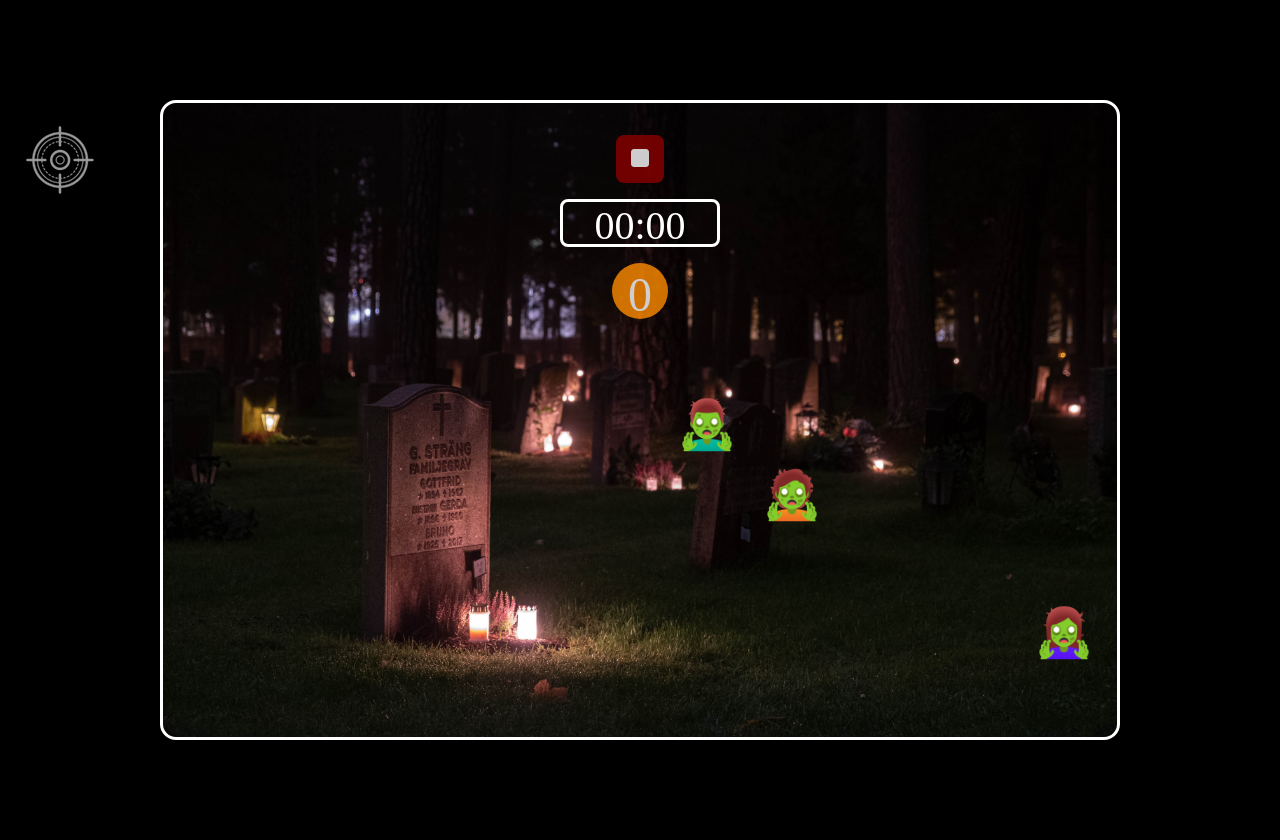
Repository: MrJinkyu/ZombieGame
Page: index.html
The author's editor kept a copy of each file at every save. The page is drawn from the files as they stood at one save, then again after the next save.
The browser window is 1280 px wide. The pictures show the whole page.
After loading, the first visible `button.game__btn` was clicked once.
Some web libraries are served in a nearby version.

Above is the page before, as saved 2023-04-09 14:27:12.

### index.html
<!DOCTYPE html>
<html lang="en">
<head>
    <meta charset="UTF-8">
    <meta http-equiv="X-UA-Compatible" content="IE=edge">
    <meta name="viewport" content="width=device-width, initial-scale=1.0">
    <title>Zombie Game</title>
    <link rel="stylesheet" href="style.css">
    <script src="main.js" defer></script>
    <script src="https://kit.fontawesome.com/83424fe51a.js" crossorigin="anonymous"></script>
</head>
<body>
    <img src="img/target.png" alt="target" class="game__target">
    <section class="game">
        <haeder class="game__header">
            <button class="game__btn">
                <i class="fa-sharp fas fa-play"></i>
            </button>
            <span class="game__timer">00:00</span>
            <span class="game__score">0</span>
        </haeder>
        <section class="game__field">
        </section>
    </section>
    <section class="pop-up">
        <button class="pop-up__refresh">
            <i class="fa fa-rotate-right"></i>
        </button>
        <div class="pop-up__message">Replay❓</div>
    </section>
</body>
</html>

### style.css
*{
    box-sizing: border-box;
    margin: 0;
    padding: 0;
}

body{
    background-color: black;
}

.game{
    background: url('img/background.jpg') center/cover;
    width: 60rem;
    height: 40rem;
    border: 0.2rem solid white;
    border-radius: 1rem;
    margin: 100px auto;
}

.game__target{
    position: absolute;
    opacity: 0.6;
    z-index: 1;
}

.game__header{
    display: flex;
    flex-direction: column;
    align-items: center;
    height: 40%;
}

.game__btn{
    margin-top: 2rem;
    width: 3rem;
    height: 3rem;
    background-color: darkred;
    color: white;
    border: none;
    border-radius: 0.5rem;
    outline: none;
    opacity: 0.8;
    transition: all 200ms ease-in;
    z-index: 1;
    font-size: 1.5rem;
}

.game__btn:hover{
    transform: scale(1.1);
    opacity: 1;
}

.game__timer{
    margin-top: 1rem;
    width: 10rem;
    height: 3rem;
    border-radius: 0.5rem;
    border: 3px solid white;
    color: white;
    line-height: 3rem;
    font-size: 2.5rem;
    cursor: auto;
    user-select: none;
    text-align: center;
}

.game__score{
    margin-top: 1rem;
    width: 3.5rem;
    height: 3.5rem;
    font-size: 3rem;
    line-height: 4rem;
    border-radius: 50%;
    background-color: darkorange;
    color: white;
    cursor: auto;
    user-select: none;
    opacity: 0.8;
    text-align: center;
}

.game__field{
    width: 100%;
    height: 60%;
    position: relative;
}

.zombie{
    position: absolute;
    font-size: 3rem;
    transition: all 200ms ease-in;
}

.zombie:hover{
    transform: scale(1.1);
}

.pop-up{
    width: 25rem;
    height: 10rem;
    background-color: #00000090;
    text-align: center;
    margin: 0 auto;
    transform: translateY(-20rem);
    display: none;

}

.pop-up.vidible{
    display: block;

}

.pop-up__refresh{
    width: 3rem;
    height: 3rem;
    margin-top: 2rem;
    background-color: white;
    color: darkorange;
    border-radius: 50%;
    border: 2px solid darkorange;
    font-size: 1.5rem;
    transition: all 200ms ease-in;
}

.pop-up__refresh:hover{
    transform: rotate(360deg);
}

.pop-up__message{
    margin-top: 0.5rem;
    color: red;
    font-size: 2rem;
}

### main.js
'use strict';

const GAME_DURATION_SEC = 3;

const field = document.querySelector('.game__field');
const fieldRect = field.getBoundingClientRect();
const gameBtn = document.querySelector('.game__btn');
const gameTimer = document.querySelector('.game__timer');

let stared = false;
let timer = undefined;

const Zombie = {
    width:48,
    height:63,
    className:'zombie',
    man:'🧟‍♂️',
    boy:'🧟',
    girl:'🧟‍♀️',
}

gameBtn.addEventListener('click',()=>{
    if(!stared){
        start();
    }else{
        stop();
    }
});

function start(){
    stared = true;
    init();
    stopGameBtn();
}

function stop(){
    stared = false;
    startGameBtn();
}

function startGameTimer(){
    let remainingTimeSec = GAME_DURATION_SEC;
    showUpdatedTime(remainingTimeSec);
    timer = setInterval(()=>{
        if(remainingTimeSec<=0){
            clearInterval(timer);
            return ;
        }
        showUpdatedTime(--remainingTimeSec);
    },1000);
}

function showUpdatedTime(time){
    let minute = Math.floor(time/60);
    let seconds = time%60;

    gameTimer.innerHTML=`${minute}:${seconds}`;
}

function stopGameTimer(){
    clearInterval(timer);
}

function startGameBtn(){
    const icon = document.querySelector('.fas');
    icon.classList.add('fa-sharp');
    icon.classList.remove('fa-stop');
    icon.classList.add('fa-play');
}

function stopGameBtn(){
    const icon = document.querySelector('.fas');
    icon.classList.remove('fa-sharp');
    icon.classList.add('fa-stop');
    icon.classList.remove('fa-play');
}

function init(){
    field.innerHTML='';
    addZombie(Zombie.className,Zombie.man,1);
    addZombie(Zombie.className,Zombie.boy,1);
    addZombie(Zombie.className,Zombie.girl,1);
}

function addZombie(className,zombieType,count){
    for(let i=0; i<count; i++){
        const zombie = document.createElement('span');
        zombie.setAttribute('class',className);
        zombie.innerHTML = zombieType;
        const x = randomNumber(fieldRect.width-Zombie.width);
        const y = randomNumber(fieldRect.height-Zombie.height);
        zombie.style.left = `${x}px`;
        zombie.style.top = `${y}px`;
        field.appendChild(zombie);
    }
}

function randomNumber(max){
    return Math.floor(Math.random()*max);
}





const target = document.querySelector('.game__target');

window.addEventListener('load',()=>{
    const targetRect = target.getBoundingClientRect();
    document.addEventListener('mousemove',(e)=>{
        target.style.transform = `translate(${e.clientX-targetRect.width/2}px,${e.clientY-targetRect.height/2-100}px)`;
    });
});

After the next save:
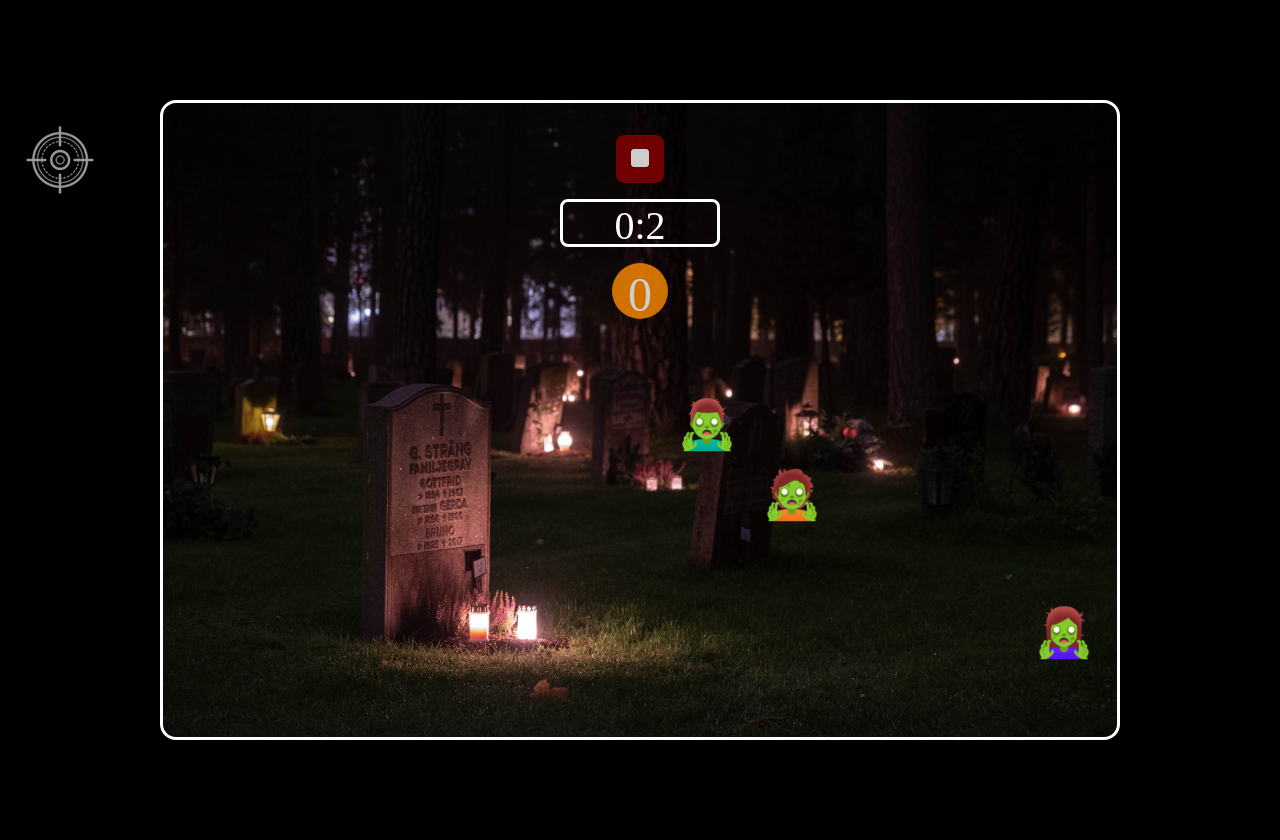
Saved 14 s later.
--- a/main.js
+++ b/main.js
@@ -31,11 +31,13 @@ function start(){
     stared = true;
     init();
     stopGameBtn();
+    startGameTimer();
 }
 
 function stop(){
     stared = false;
     startGameBtn();
+    stopGameTimer();
 }
 
 function startGameTimer(){
